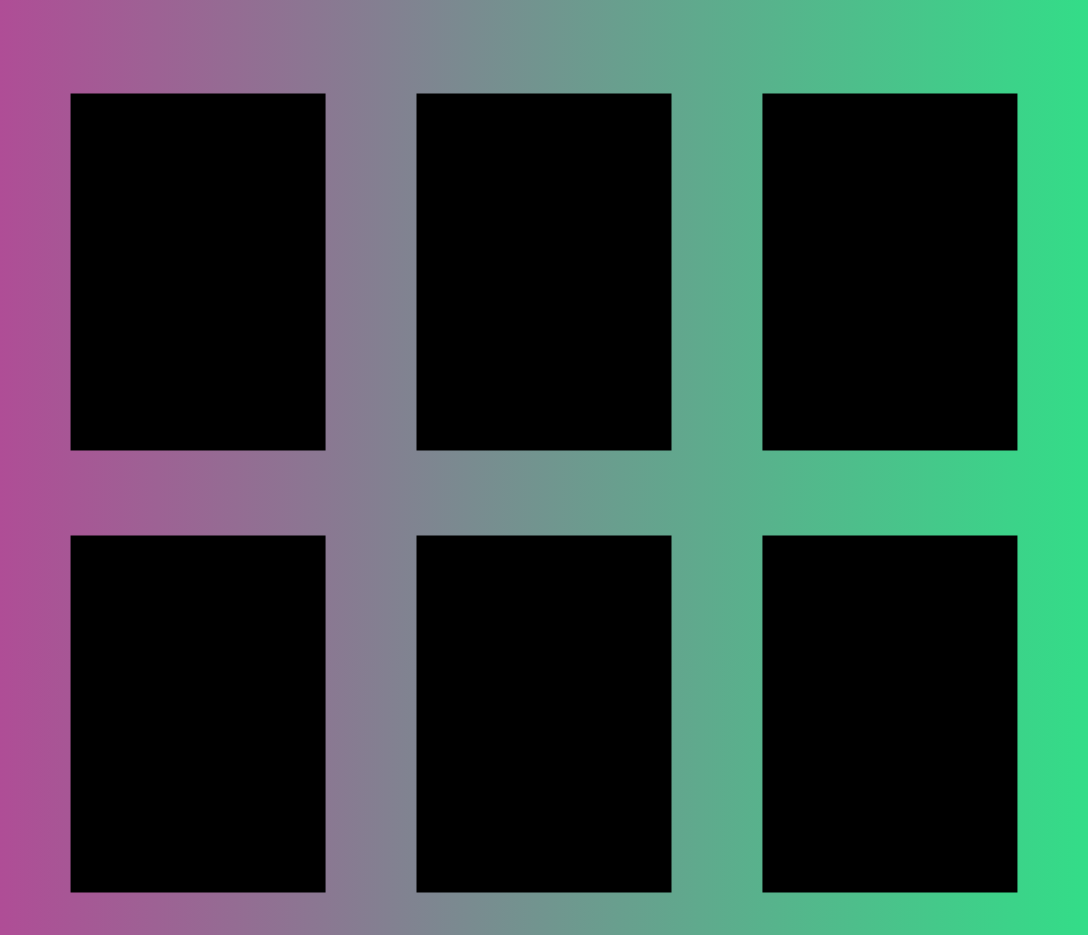
Repository: lausamtuong/profileCard
Page: index.html
The author's editor kept a copy of each file at every save. The page is drawn from the files as they stood at one save, then again after the next save.
The browser window is 1280 px wide. The pictures show the whole page, at 85% of full size.
The style sheet was rebuilt from its Sass, Less or Tailwind sources for each picture, by a compiler version that may differ from the author's.

Above is the page before, as saved 2021-12-14 15:00:41.

### index.html
<!DOCTYPE html>
<html lang="en">
<head>
    <meta charset="UTF-8">
    <meta http-equiv="X-UA-Compatible" content="IE=edge">
    <meta name="viewport" content="width=device-width, initial-scale=1.0">
    <link rel="stylesheet" href="style.css">
    <title>Document</title>
</head>
<body>
    <div class="card__list">
        <div class="card__item"></div>
        <div class="card__item"></div>
        <div class="card__item"></div>
        <div class="card__item"></div>
        <div class="card__item"></div>
        <div class="card__item"></div>

    </div>
</body>
</html>

### style.scss
*{
    margin: 0;
    padding: 0;
    box-sizing: border-box;
}
body{
    height: 100vh;
    background-image: linear-gradient(to right, #af4d96, #3d8);
}
.card{
    &__list{
        margin: 120px auto;
      display: flex;
      flex-wrap: wrap;
      justify-content: space-around;
      margin: 60px 30px;
    }
    &__item{
        width:300px;
        height:420px;
        background-color: #000;
        margin: 50px 20px;
    }
}

After the next save:
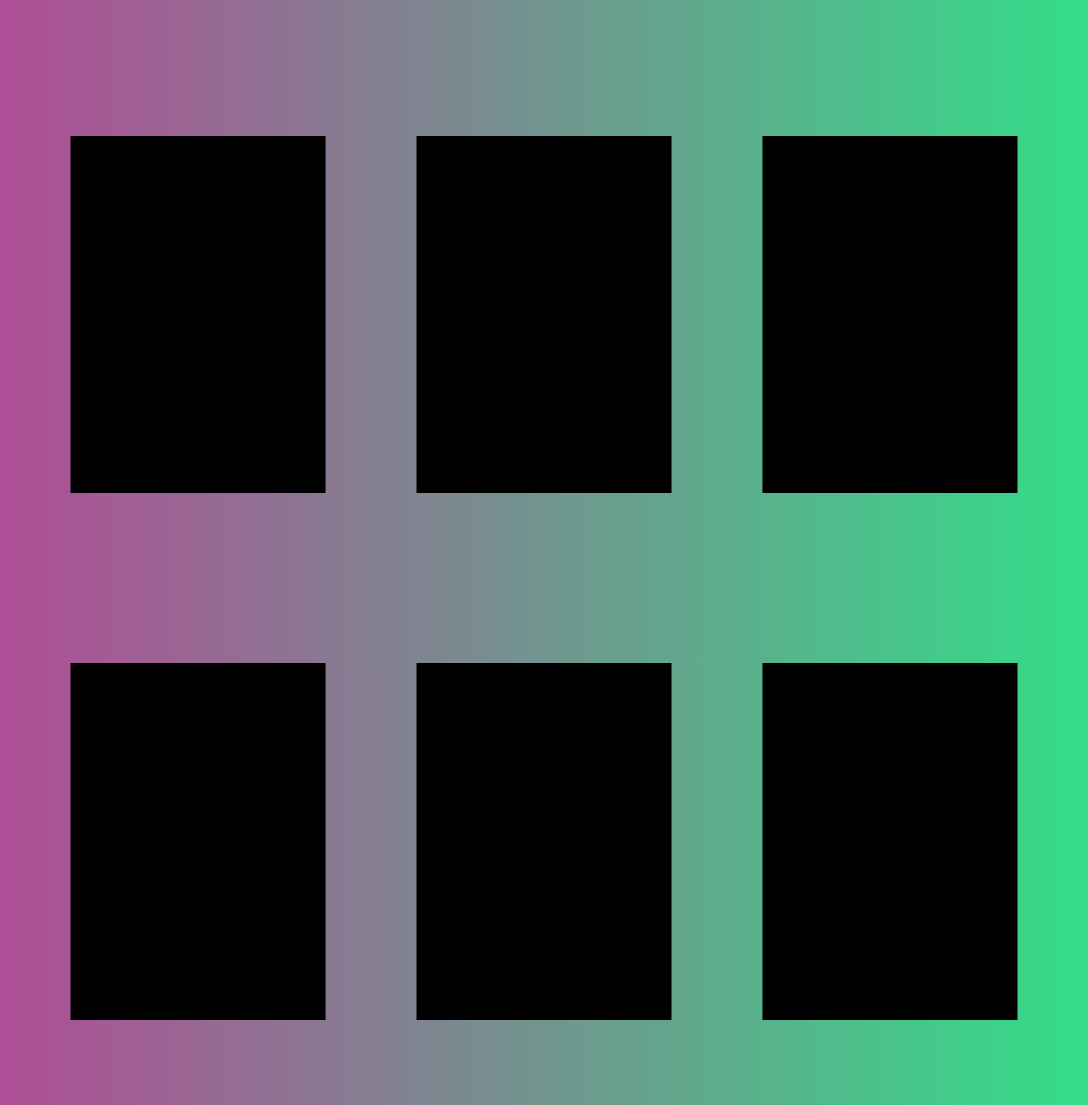
Saved 8 s later.
--- a/style.scss
+++ b/style.scss
@@ -19,6 +19,6 @@
         width:300px;
         height:420px;
         background-color: #000;
-        margin: 50px 20px;
+        margin: 100px 20px;
     }
 }

After the save that followed:
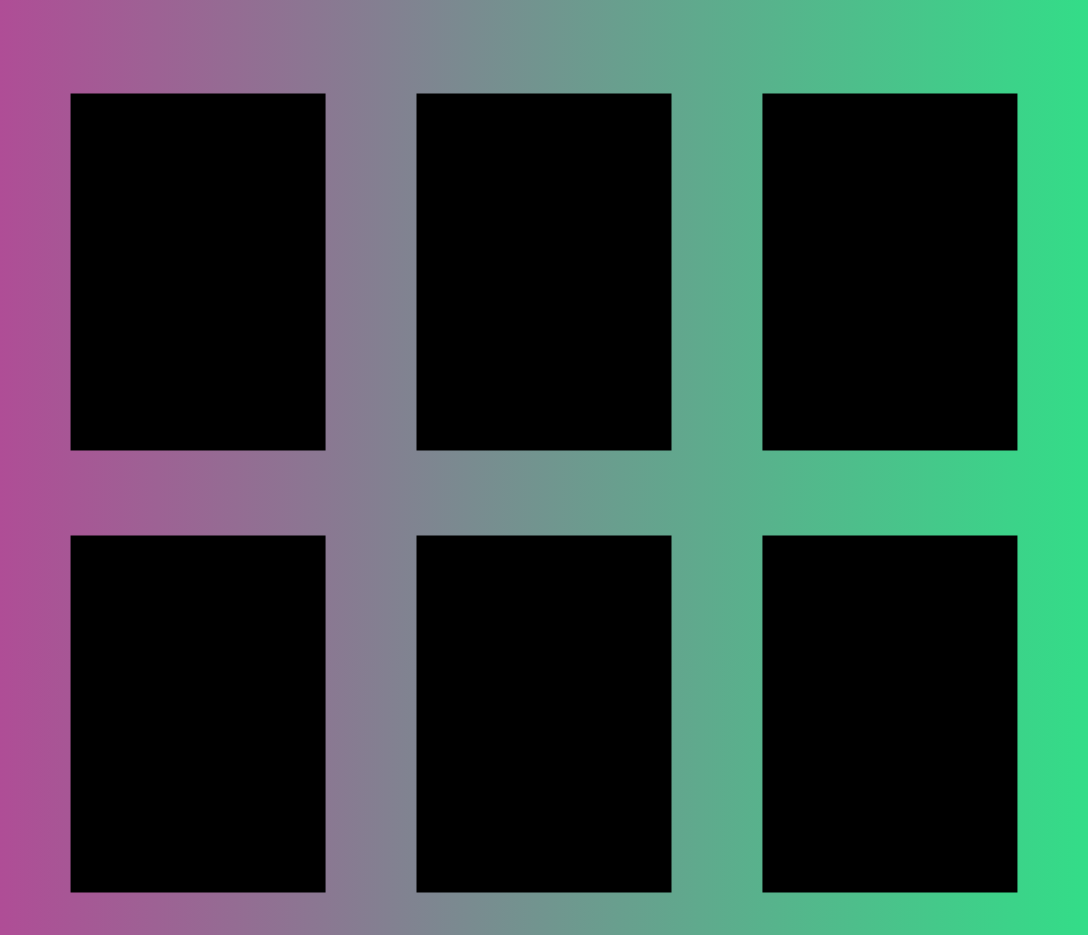
Saved 9 s later.
--- a/style.scss
+++ b/style.scss
@@ -19,6 +19,6 @@
         width:300px;
         height:420px;
         background-color: #000;
-        margin: 100px 20px;
+        margin: 50px 20px;
     }
 }
